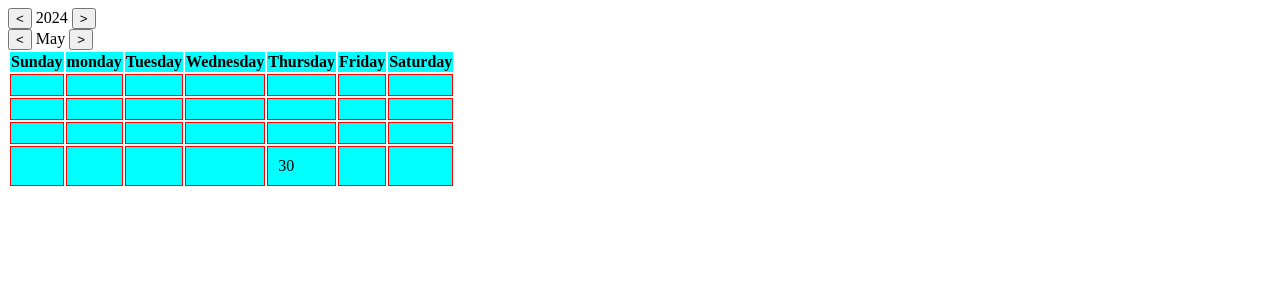
Repository: fateme81yosefi/calendar
Page: index.html
The author's editor kept a copy of each file at every save. The page is drawn from the files as they stood at one save, then again after the next save.
The browser window is 1280 px wide. The pictures show the whole page.

Above is the page before, as saved 2024-05-30 14:09:05.

After the next save:
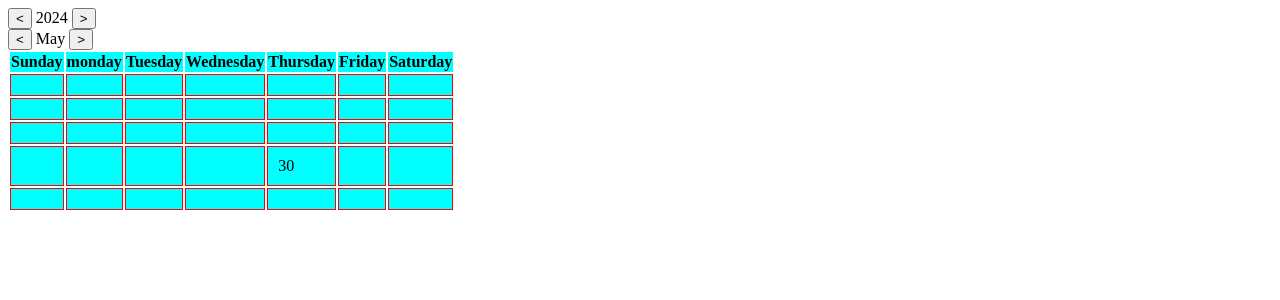
Saved 41 s later.
--- a/index.html
+++ b/index.html
@@ -76,6 +76,16 @@
         <td id="4-6"> </td>
         <td id="4-7"> </td>
       </tr>
+
+      <tr>
+        <td id="4-1"> </td>
+        <td id="4-2"> </td>
+        <td id="4-3"> </td>
+        <td id="4-4"> </td>
+        <td id="4-5"> </td>
+        <td id="4-6"> </td>
+        <td id="4-7"> </td>
+      </tr>
     </table>
   </div>
 
